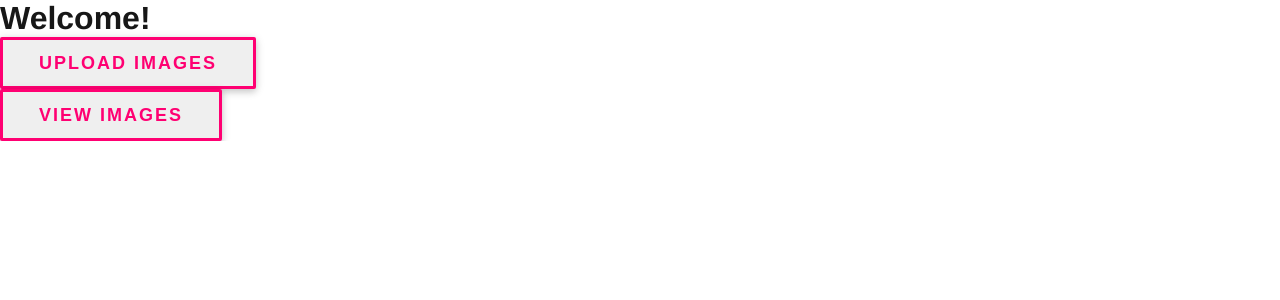
Repository: EricRobertCampbell/palaeo-fossil-classifier
Page: /dashboard (app in palaeo-fossil-classifier/)
An editor plug-in stored every save of this project. The page is shown before and after the next save, followed by the edit.
The browser window is 1280 px wide. The pictures show the whole page.
Some web libraries are served in a nearby version. The project was rebuilt for these pictures with package versions that can differ from the ones it lists, and the page was loaded fresh each time. The framework's server and built-in components were replaced by stand-ins that run in the browser. Also part of the build but not shown: palaeo-fossil-classifier/next.config.ts, palaeo-fossil-classifier/app/admin.tsx, palaeo-fossil-classifier/app/classify.tsx.

Above is the page before, as saved 2024-11-30 14:37:47.

After the next save:
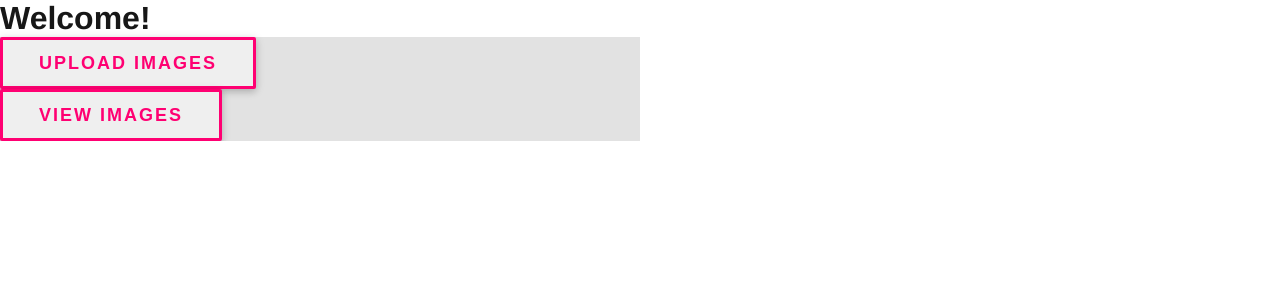
Saved 57 s later.
--- a/palaeo-fossil-classifier/app/dashboard/page.tsx
+++ b/palaeo-fossil-classifier/app/dashboard/page.tsx
@@ -21,7 +21,7 @@ export default function dashboard() {
   return (
     <div>
       <h1>Welcome!</h1>
-      <div className="area">
+      <div className={styles.area}>
         <nav className="side">
           <ul>
             <li className="">
